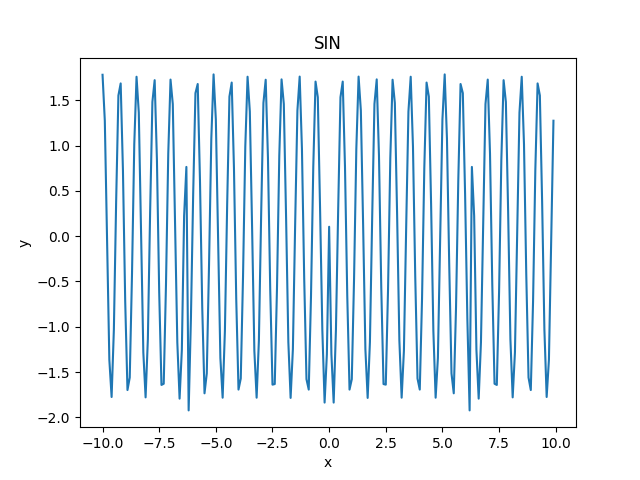
Repository: eieioF11/Python
Script's output: python project/python_sample/Fourier.py
An editor plug-in stored every save of this project. The script's output is shown before and after a run of saves, followed by the edit.
Random numbers start from a fixed seed.

Above is the script's output before, as saved 2020-05-22 15:40:58.

After the next 3 saves:
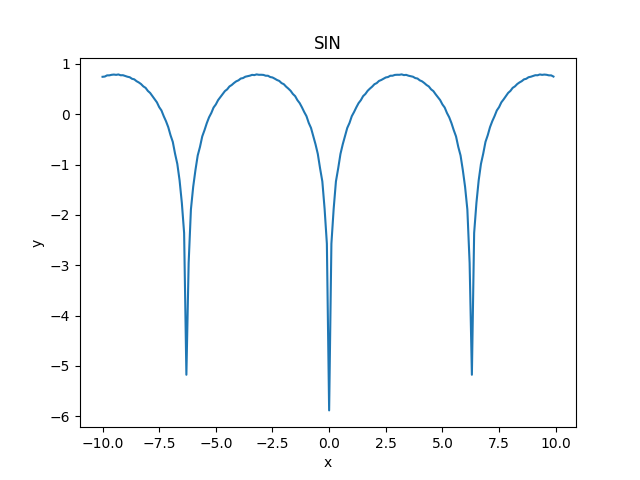
The 3 saves are shown as one change because they came seconds apart.
The last was saved 10 s later.
--- a/project/python_sample/Fourier.py
+++ b/project/python_sample/Fourier.py
@@ -6,7 +6,7 @@ def F(t):
     k=100
     y=0
     for n in range(1,k,1):
-        y+=((-1**n)/(2*n-109))*np.cos(n*t)
+        y+=((-1**n)/n)*np.cos(n*t)
     y *= 1/2+2/np.pi
     return y
 
